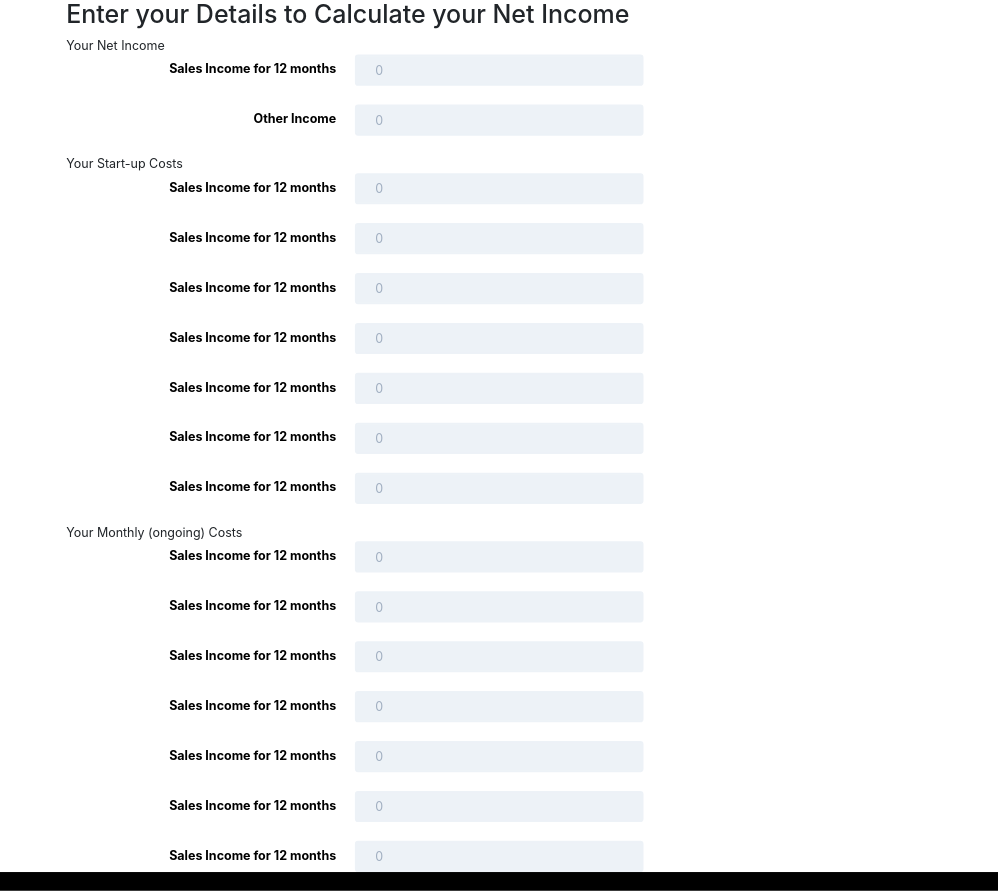
Repository: latenightsnacc/Financial-Forecast
Page: financial-forecast.html
These files come from the project's save history. The page is drawn as it stood at one moment and after the next save; the edit follows.
The browser window is 1280 px wide. The pictures show the whole page, at 78% of full size.

Above is the page before, as saved 2020-11-15 12:01:18.

### financial-forecast.html
<!DOCTYPE html>
<html lang="en">
<head>
    <meta charset="UTF-8">
    <meta name="viewport" content="width=device-width, initial-scale=1.0">
    <!--Tailwind CDN-->
    <link rel="stylesheet" href="https://cdnjs.cloudflare.com/ajax/libs/tailwindcss/1.9.6/base.min.css" integrity="sha512-hEjkvMSM0ql6VJcNK0gTmjt9ar8F2yHeBUbJKtyvQhkkbGMhiJ4+MaiB8XxsthLAHJx5vy2I9dN0un8HiWG2LA==" crossorigin="anonymous" />
    <link rel="stylesheet" href="https://cdnjs.cloudflare.com/ajax/libs/tailwindcss/1.9.6/components.min.css" integrity="sha512-TizAONqhvXjEfRPhptSUkZNVU497PzAnXNGNUoeOjeni4dHpJ+ak+ZsyoGna20LH/yg1PvdufN1VbnVQeVDftg==" crossorigin="anonymous" />
    <link rel="stylesheet" href="https://cdnjs.cloudflare.com/ajax/libs/tailwindcss/1.9.6/tailwind.css" integrity="sha512-HY1FOTeAX9idUBWDhVDrBg8QUHBisKVQ4BCVj1jFo5z76mk87w4Rr5YGP8nBkcGmoMzqYvdeXHMOg/olF45z3g==" crossorigin="anonymous" />
    <link rel="stylesheet" href="https://cdnjs.cloudflare.com/ajax/libs/tailwindcss/1.9.6/utilities.min.css" integrity="sha512-0QJfuLKyYJWGB5hKArJW67xqMLDlR8YaLM/ZuW2mRn4NRwHNsGm7UuREc5Fu7jONHyewPKnGODY0N8G+FQbfxg==" crossorigin="anonymous" />
    <!--Bootstrap CDN-->
    <link rel="stylesheet" href="https://cdn.jsdelivr.net/npm/bootstrap@4.5.3/dist/css/bootstrap.min.css" integrity="sha384-TX8t27EcRE3e/ihU7zmQxVncDAy5uIKz4rEkgIXeMed4M0jlfIDPvg6uqKI2xXr2" crossorigin="anonymous">
    <title>Financial Forecast |Resaads Consults - Think Millenial</title>
</head>
<body class="bg-black">
    <div class="container">
        <!--Navigation-->
    </div>
    <div class="wrapper  bg-white">
        <div class="container">
            <h2 class="title">Enter your Details to Calculate your Net Income</h2>
        </div>
        <div class="container">
            <!--FORM-->
            <form class="w-full max-w-none">
            <!--NET INCOME-->
                <div class="title">Your Net Income</div>
                <!--Sales Income-->
                <div class="md:flex md:items-center mb-6">
                  <div class="md:w-1/3">
                    <label class="block text-black font-bold md:text-right mb-1 md:mb-0 pr-4" for="inline-full-name" placeholder="0">
                      Sales Income for 12 months
                    </label>
                  </div>
                  <div class="md:w-1/3">
                    <input class="bg-gray-200 appearance-none border-2 border-gray-200 rounded w-full py-2 px-4 text-gray-700 leading-tight focus:outline-none focus:bg-white focus:border-grey-500" id="inline-full-name" type="text" placeholder="0">
                  </div>
                </div>
                <!--Other Income-->
                <div class="md:flex md:items-center mb-6">
                    <div class="md:w-1/3">
                      <label class="block text-black font-bold md:text-right mb-1 md:mb-0 pr-4" for="inline-full-name" placeholder="0">
                        Other Income
                      </label>
                    </div>
                    <div class="md:w-1/3">
                      <input class="bg-gray-200 appearance-none border-2 border-gray-200 rounded w-full py-2 px-4 text-gray-700 leading-tight focus:outline-none focus:bg-white focus:border-grey-500" id="inline-full-name" type="text" placeholder="0">
                    </div>
                </div>
            <!--STARTUP COSTS-->
                <div class="title">Your Start-up Costs</div>
                <!--Website Development-->
                <div class="md:flex md:items-center mb-6">
                    <div class="md:w-1/3">
                        <label class="block text-black font-bold md:text-right mb-1 md:mb-0 pr-4" for="inline-full-name" placeholder="0">
                            Sales Income for 12 months
                        </label>
                    </div>
                    <div class="md:w-1/3">
                        <input class="bg-gray-200 appearance-none border-2 border-gray-200 rounded w-full py-2 px-4 text-gray-700 leading-tight focus:outline-none focus:bg-white focus:border-grey-500" id="inline-full-name" type="text" placeholder="0">
                    </div>
                </div>
                <!--Website Development-->
                <div class="md:flex md:items-center mb-6">
                    <div class="md:w-1/3">
                        <label class="block text-black font-bold md:text-right mb-1 md:mb-0 pr-4" for="inline-full-name" placeholder="0">
                            Sales Income for 12 months
                        </label>
                    </div>
                    <div class="md:w-1/3">
                        <input class="bg-gray-200 appearance-none border-2 border-gray-200 rounded w-full py-2 px-4 text-gray-700 leading-tight focus:outline-none focus:bg-white focus:border-grey-500" id="inline-full-name" type="text" placeholder="0">
                    </div>
                </div>
                <!--Website Development-->
                <div class="md:flex md:items-center mb-6">
                    <div class="md:w-1/3">
                        <label class="block text-black font-bold md:text-right mb-1 md:mb-0 pr-4" for="inline-full-name" placeholder="0">
                            Sales Income for 12 months
                        </label>
                    </div>
                    <div class="md:w-1/3">
                        <input class="bg-gray-200 appearance-none border-2 border-gray-200 rounded w-full py-2 px-4 text-gray-700 leading-tight focus:outline-none focus:bg-white focus:border-grey-500" id="inline-full-name" type="text" placeholder="0">
                    </div>

                </div>
                <!--Website Development-->
                <div class="md:flex md:items-center mb-6">
                    <div class="md:w-1/3">
                        <label class="block text-black font-bold md:text-right mb-1 md:mb-0 pr-4" for="inline-full-name" placeholder="0">
                            Sales Income for 12 months
                        </label>
                    </div>
                    <div class="md:w-1/3">
                        <input class="bg-gray-200 appearance-none border-2 border-gray-200 rounded w-full py-2 px-4 text-gray-700 leading-tight focus:outline-none focus:bg-white focus:border-grey-500" id="inline-full-name" type="text" placeholder="0">
                    </div>

                </div>
                <!--Website Development-->
                <div class="md:flex md:items-center mb-6">
                    <div class="md:w-1/3">
                        <label class="block text-black font-bold md:text-right mb-1 md:mb-0 pr-4" for="inline-full-name" placeholder="0">
                            Sales Income for 12 months
                        </label>
                    </div>
                    <div class="md:w-1/3">
                        <input class="bg-gray-200 appearance-none border-2 border-gray-200 rounded w-full py-2 px-4 text-gray-700 leading-tight focus:outline-none focus:bg-white focus:border-grey-500" id="inline-full-name" type="text" placeholder="0">
                    </div>

                </div>
                <!--Website Development-->
                <div class="md:flex md:items-center mb-6">
                    <div class="md:w-1/3">
                        <label class="block text-black font-bold md:text-right mb-1 md:mb-0 pr-4" for="inline-full-name" placeholder="0">
                            Sales Income for 12 months
                        </label>
                    </div>
                    <div class="md:w-1/3">
                        <input class="bg-gray-200 appearance-none border-2 border-gray-200 rounded w-full py-2 px-4 text-gray-700 leading-tight focus:outline-none focus:bg-white focus:border-grey-500" id="inline-full-name" type="text" placeholder="0">
                    </div>
                </div>
                <!--Website Development-->
                <div class="md:flex md:items-center mb-6">
                    <div class="md:w-1/3">
                        <label class="block text-black font-bold md:text-right mb-1 md:mb-0 pr-4" for="inline-full-name" placeholder="0">
                            Sales Income for 12 months
                        </label>
                    </div>
                    <div class="md:w-1/3">
                        <input class="bg-gray-200 appearance-none border-2 border-gray-200 rounded w-full py-2 px-4 text-gray-700 leading-tight focus:outline-none focus:bg-white focus:border-grey-500" id="inline-full-name" type="text" placeholder="0">
                    </div>
                </div>
            <!--MONTHLY COSTS-->
                <div class="title">Your Monthly (ongoing) Costs</div>
                <!--Website Development-->
                <div class="md:flex md:items-center mb-6">
                    <div class="md:w-1/3">
                        <label class="block text-black font-bold md:text-right mb-1 md:mb-0 pr-4" for="inline-full-name" placeholder="0">
                            Sales Income for 12 months
                        </label>
                    </div>
                    <div class="md:w-1/3">
                        <input class="bg-gray-200 appearance-none border-2 border-gray-200 rounded w-full py-2 px-4 text-gray-700 leading-tight focus:outline-none focus:bg-white focus:border-grey-500" id="inline-full-name" type="text" placeholder="0">
                    </div>
                </div>
                <!--Website Development-->
                <div class="md:flex md:items-center mb-6">
                    <div class="md:w-1/3">
                        <label class="block text-black font-bold md:text-right mb-1 md:mb-0 pr-4" for="inline-full-name" placeholder="0">
                            Sales Income for 12 months
                        </label>
                    </div>
                    <div class="md:w-1/3">
                        <input class="bg-gray-200 appearance-none border-2 border-gray-200 rounded w-full py-2 px-4 text-gray-700 leading-tight focus:outline-none focus:bg-white focus:border-grey-500" id="inline-full-name" type="text" placeholder="0">
                    </div>
                </div>
                <!--Website Development-->
                <div class="md:flex md:items-center mb-6">
                    <div class="md:w-1/3">
                        <label class="block text-black font-bold md:text-right mb-1 md:mb-0 pr-4" for="inline-full-name" placeholder="0">
                            Sales Income for 12 months
                        </label>
                    </div>
                    <div class="md:w-1/3">
                        <input class="bg-gray-200 appearance-none border-2 border-gray-200 rounded w-full py-2 px-4 text-gray-700 leading-tight focus:outline-none focus:bg-white focus:border-grey-500" id="inline-full-name" type="text" placeholder="0">
                    </div>

                </div>
                <!--Website Development-->
                <div class="md:flex md:items-center mb-6">
                    <div class="md:w-1/3">
                        <label class="block text-black font-bold md:text-right mb-1 md:mb-0 pr-4" for="inline-full-name" placeholder="0">
                            Sales Income for 12 months
                        </label>
                    </div>
                    <div class="md:w-1/3">
                        <input class="bg-gray-200 appearance-none border-2 border-gray-200 rounded w-full py-2 px-4 text-gray-700 leading-tight focus:outline-none focus:bg-white focus:border-grey-500" id="inline-full-name" type="text" placeholder="0">
                    </div>

                </div>
                <!--Website Development-->
                <div class="md:flex md:items-center mb-6">
                    <div class="md:w-1/3">
                        <label class="block text-black font-bold md:text-right mb-1 md:mb-0 pr-4" for="inline-full-name" placeholder="0">
                            Sales Income for 12 months
                        </label>
                    </div>
                    <div class="md:w-1/3">
                        <input class="bg-gray-200 appearance-none border-2 border-gray-200 rounded w-full py-2 px-4 text-gray-700 leading-tight focus:outline-none focus:bg-white focus:border-grey-500" id="inline-full-name" type="text" placeholder="0">
                    </div>

                </div>
                <!--Website Development-->
                <div class="md:flex md:items-center mb-6">
                    <div class="md:w-1/3">
                        <label class="block text-black font-bold md:text-right mb-1 md:mb-0 pr-4" for="inline-full-name" placeholder="0">
                            Sales Income for 12 months
                        </label>
                    </div>
                    <div class="md:w-1/3">
                        <input class="bg-gray-200 appearance-none border-2 border-gray-200 rounded w-full py-2 px-4 text-gray-700 leading-tight focus:outline-none focus:bg-white focus:border-grey-500" id="inline-full-name" type="text" placeholder="0">
                    </div>
                </div>
                <!--Website Development-->
                <div class="md:flex md:items-center mb-6">
                    <div class="md:w-1/3">
                        <label class="block text-black font-bold md:text-right mb-1 md:mb-0 pr-4" for="inline-full-name" placeholder="0">
                            Sales Income for 12 months
                        </label>
                    </div>
                    <div class="md:w-1/3">
                        <input class="bg-gray-200 appearance-none border-2 border-gray-200 rounded w-full py-2 px-4 text-gray-700 leading-tight focus:outline-none focus:bg-white focus:border-grey-500" id="inline-full-name" type="text" placeholder="0">
                    </div>
                </div>
            </form>
        </div>
    </div>
    <!--Bootstrap Scripts-->
    <script src="https://code.jquery.com/jquery-3.5.1.slim.min.js" integrity="sha384-DfXdz2htPH0lsSSs5nCTpuj/zy4C+OGpamoFVy38MVBnE+IbbVYUew+OrCXaRkfj" crossorigin="anonymous"></script>
    <script src="https://cdn.jsdelivr.net/npm/popper.js@1.16.1/dist/umd/popper.min.js" integrity="sha384-9/reFTGAW83EW2RDu2S0VKaIzap3H66lZH81PoYlFhbGU+6BZp6G7niu735Sk7lN" crossorigin="anonymous"></script>
    <script src="https://cdn.jsdelivr.net/npm/bootstrap@4.5.3/dist/js/bootstrap.min.js" integrity="sha384-w1Q4orYjBQndcko6MimVbzY0tgp4pWB4lZ7lr30WKz0vr/aWKhXdBNmNb5D92v7s" crossorigin="anonymous"></script>
</body>
</html>

After the next save:
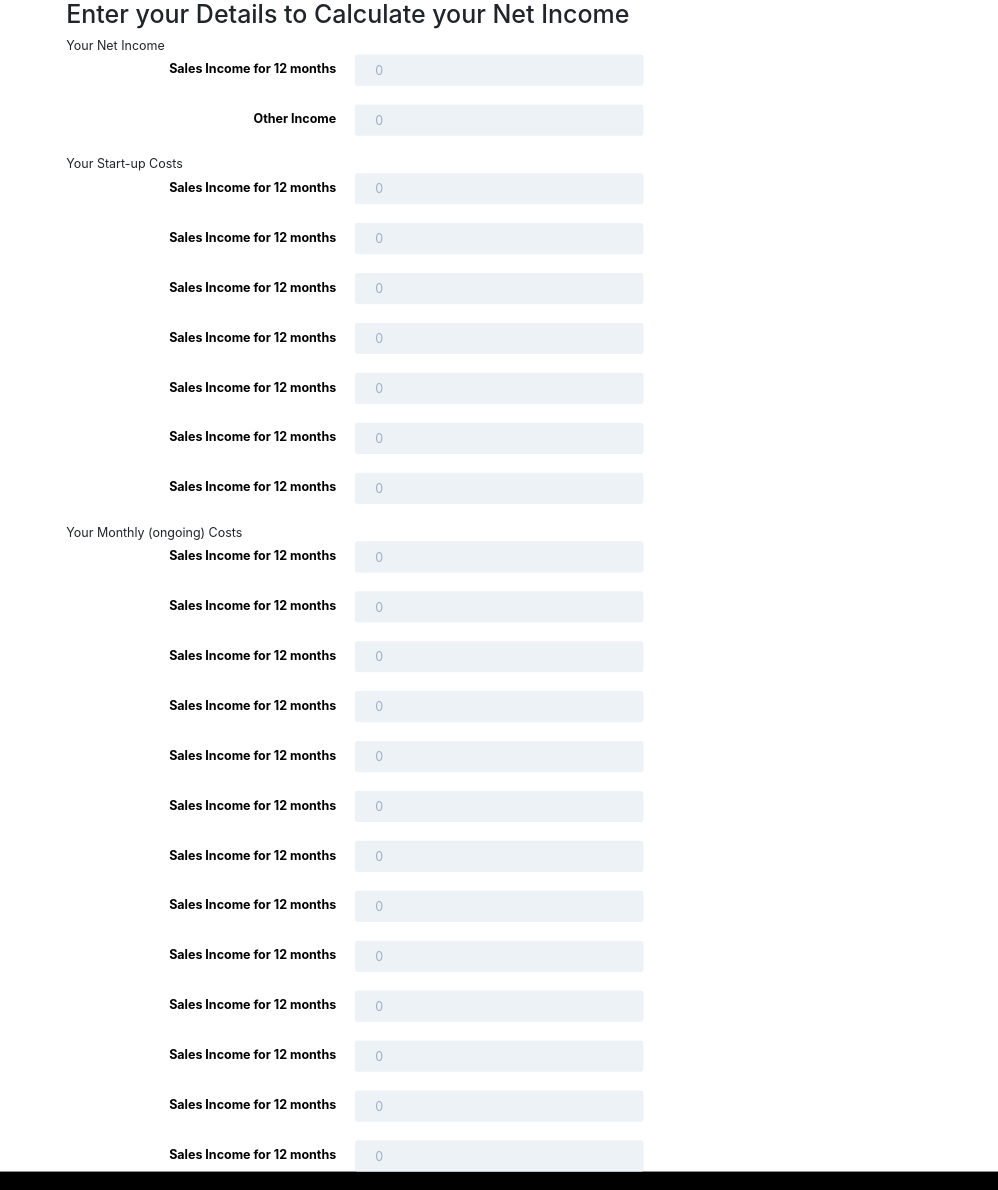
Saved 42 s later.
--- a/financial-forecast.html
+++ b/financial-forecast.html
@@ -211,6 +211,72 @@
                         <input class="bg-gray-200 appearance-none border-2 border-gray-200 rounded w-full py-2 px-4 text-gray-700 leading-tight focus:outline-none focus:bg-white focus:border-grey-500" id="inline-full-name" type="text" placeholder="0">
                     </div>
                 </div>
+                <!--Website Development-->
+                <div class="md:flex md:items-center mb-6">
+                    <div class="md:w-1/3">
+                        <label class="block text-black font-bold md:text-right mb-1 md:mb-0 pr-4" for="inline-full-name" placeholder="0">
+                            Sales Income for 12 months
+                        </label>
+                    </div>
+                    <div class="md:w-1/3">
+                        <input class="bg-gray-200 appearance-none border-2 border-gray-200 rounded w-full py-2 px-4 text-gray-700 leading-tight focus:outline-none focus:bg-white focus:border-grey-500" id="inline-full-name" type="text" placeholder="0">
+                    </div>
+                </div>
+                <!--Website Development-->
+                <div class="md:flex md:items-center mb-6">
+                    <div class="md:w-1/3">
+                        <label class="block text-black font-bold md:text-right mb-1 md:mb-0 pr-4" for="inline-full-name" placeholder="0">
+                            Sales Income for 12 months
+                        </label>
+                    </div>
+                    <div class="md:w-1/3">
+                        <input class="bg-gray-200 appearance-none border-2 border-gray-200 rounded w-full py-2 px-4 text-gray-700 leading-tight focus:outline-none focus:bg-white focus:border-grey-500" id="inline-full-name" type="text" placeholder="0">
+                    </div>
+                </div>
+                <!--Website Development-->
+                <div class="md:flex md:items-center mb-6">
+                    <div class="md:w-1/3">
+                        <label class="block text-black font-bold md:text-right mb-1 md:mb-0 pr-4" for="inline-full-name" placeholder="0">
+                            Sales Income for 12 months
+                        </label>
+                    </div>
+                    <div class="md:w-1/3">
+                        <input class="bg-gray-200 appearance-none border-2 border-gray-200 rounded w-full py-2 px-4 text-gray-700 leading-tight focus:outline-none focus:bg-white focus:border-grey-500" id="inline-full-name" type="text" placeholder="0">
+                    </div>
+                </div>
+                <!--Website Development-->
+                <div class="md:flex md:items-center mb-6">
+                    <div class="md:w-1/3">
+                        <label class="block text-black font-bold md:text-right mb-1 md:mb-0 pr-4" for="inline-full-name" placeholder="0">
+                            Sales Income for 12 months
+                        </label>
+                    </div>
+                    <div class="md:w-1/3">
+                        <input class="bg-gray-200 appearance-none border-2 border-gray-200 rounded w-full py-2 px-4 text-gray-700 leading-tight focus:outline-none focus:bg-white focus:border-grey-500" id="inline-full-name" type="text" placeholder="0">
+                    </div>
+                </div>
+                <!--Website Development-->
+                <div class="md:flex md:items-center mb-6">
+                    <div class="md:w-1/3">
+                        <label class="block text-black font-bold md:text-right mb-1 md:mb-0 pr-4" for="inline-full-name" placeholder="0">
+                            Sales Income for 12 months
+                        </label>
+                    </div>
+                    <div class="md:w-1/3">
+                        <input class="bg-gray-200 appearance-none border-2 border-gray-200 rounded w-full py-2 px-4 text-gray-700 leading-tight focus:outline-none focus:bg-white focus:border-grey-500" id="inline-full-name" type="text" placeholder="0">
+                    </div>
+                </div>
+                <!--Website Development-->
+                <div class="md:flex md:items-center mb-6">
+                    <div class="md:w-1/3">
+                        <label class="block text-black font-bold md:text-right mb-1 md:mb-0 pr-4" for="inline-full-name" placeholder="0">
+                            Sales Income for 12 months
+                        </label>
+                    </div>
+                    <div class="md:w-1/3">
+                        <input class="bg-gray-200 appearance-none border-2 border-gray-200 rounded w-full py-2 px-4 text-gray-700 leading-tight focus:outline-none focus:bg-white focus:border-grey-500" id="inline-full-name" type="text" placeholder="0">
+                    </div>
+                </div>
             </form>
         </div>
     </div>
